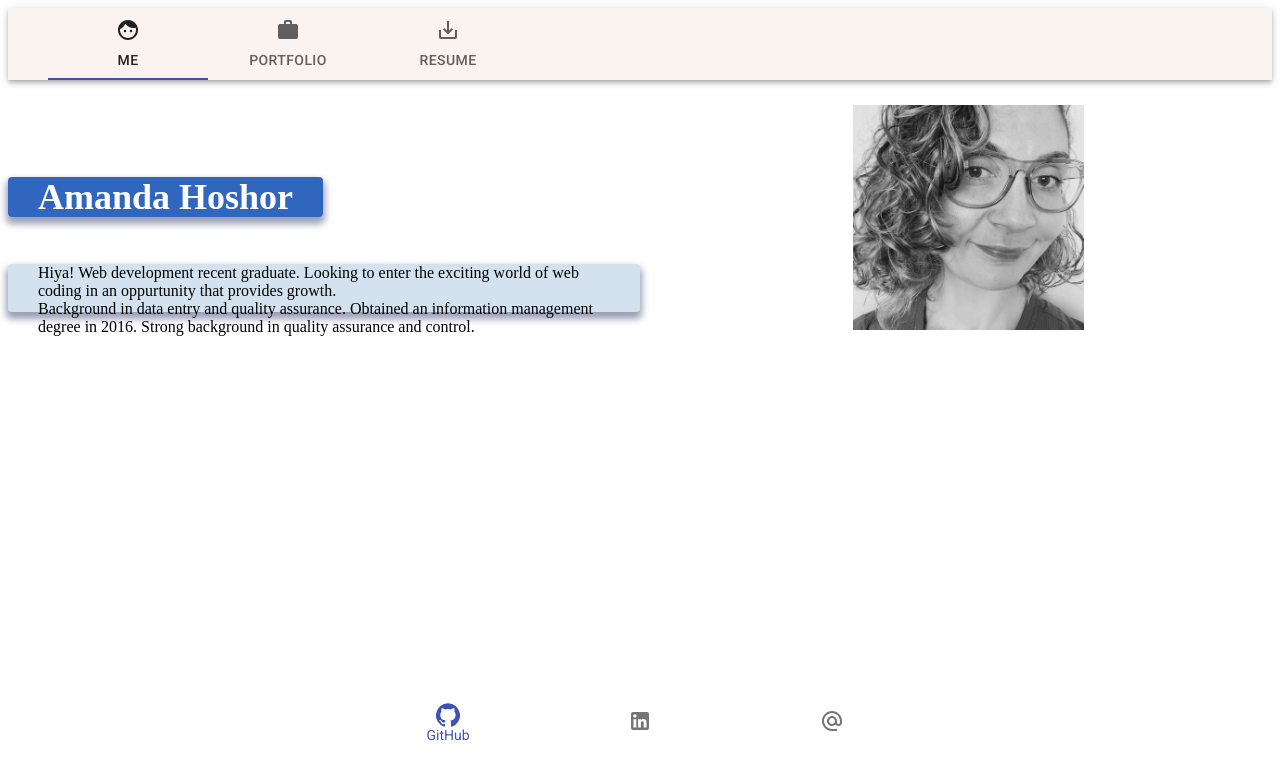
Repository: mandahos/hoshor
Page: /
An editor plug-in stored every save of this project. The page is shown before and after the next save, followed by the edit.
The browser window is 1280 px wide. The pictures show the whole page.
The project was rebuilt for these pictures with package versions that can differ from the ones it lists, and the page was loaded fresh each time. Also part of the build but not shown: src/components/Portfolio/index.js, src/components/Resume/index.js. Imported but missing from the stored project, and not drawn on this page: src/assets/resume/Amanda_Hoshor_Resume.PDF, src/assets/resume/Resume_Hoshor (1).pdf.

Above is the page before, as saved 2021-08-22 09:06:38.

### public/index.html
<!DOCTYPE html>
<html lang="en">
  <head>
    <meta charset="utf-8" />
    <link rel="icon" href="%PUBLIC_URL%/favicon.ico" />
    <meta name="viewport" content="width=device-width, initial-scale=1" />
    <meta name="theme-color" content="#000000" />
    <meta
      name="description"
      content="Web site created using create-react-app"
    />
    <link rel="apple-touch-icon" href="%PUBLIC_URL%/logo192.png" />
    <link rel="stylesheet" href="https://fonts.googleapis.com/css?family=Roboto:300,400,500,700&display=swap" />

    <!--
      manifest.json provides metadata used when your web app is installed on a
      user's mobile device or desktop. See https://developers.google.com/web/fundamentals/web-app-manifest/
    -->

    <link rel="stylesheet" href="https://fonts.googleapis.com/icon?family=Material+Icons" />
    <link rel="manifest" href="%PUBLIC_URL%/manifest.json" />
    <!--
      Notice the use of %PUBLIC_URL% in the tags above.
      It will be replaced with the URL of the `public` folder during the build.
      Only files inside the `public` folder can be referenced from the HTML.

      Unlike "/favicon.ico" or "favicon.ico", "%PUBLIC_URL%/favicon.ico" will
      work correctly both with client-side routing and a non-root public URL.
      Learn how to configure a non-root public URL by running `npm run build`.
    -->
    <title>Hoshor</title>
  </head>
  <body>
    <noscript>You need to enable JavaScript to run this app.</noscript>
    <div id="root"></div>
    <!--
      This HTML file is a template.
      If you open it directly in the browser, you will see an empty page.

      You can add webfonts, meta tags, or analytics to this file.
      The build step will place the bundled scripts into the <body> tag.

      To begin the development, run `npm start` or `yarn start`.
      To create a production bundle, use `npm run build` or `yarn build`.
    -->
  </body>
</html>

### src/index.js
import React from 'react';
import ReactDOM from 'react-dom';
import './css/styles.css';
import App from './App';

ReactDOM.render(
  <React.StrictMode>
    <App />

  </React.StrictMode>,
  document.getElementById('root')
);

// If you want to start measuring performance in your app, pass a function
// to log results (for example: reportWebVitals(console.log))
// or send to an analytics endpoint. Learn more: https://bit.ly/CRA-vitals

### src/css/styles.css
.App {
  font-family: Arial, Helvetica, sans-serif;
  text-align: center;
  background-color: #7A6174;
  color: white
}
h1 {
  font-size: 48px;

}
h2 {
  font-size: 14px
}
.About {
  font-family: Cambria, Cochin, Georgia, Times, 'Times New Roman', serif
}
h3 {
  text-align: left;
}

p {
  text-align: left;
}

### src/App.js
import React, { useState } from "react";
import "./css/styles.css";
import  Navigation from "./components/Navigation";
import  Footer  from "./components/Footer";
import { makeStyles } from '@material-ui/core/styles';


// import background from "./assets/images/plug.png"


export default function App() {

  return (
    <div >
      <Navigation />



        <Footer />
    </div>
  )
}

### src/components/Navigation/index.js
import React from 'react';
import PropTypes from 'prop-types';
import { makeStyles } from '@material-ui/core/styles';
import AppBar from '@material-ui/core/AppBar';
import Tabs from '@material-ui/core/Tabs';
import Tab from '@material-ui/core/Tab';

import FaceIcon from '@material-ui/icons/Face';
import WorkIcon from '@material-ui/icons/Work';
import SaveAltIcon from '@material-ui/icons/SaveAlt';

import Typography from '@material-ui/core/Typography';
import Box from '@material-ui/core/Box';

import Me from '../Me/index'
import Portfolio from '../Portfolio/index'
import Resume from '../Resume/index'

function TabPanel(props) {
  const { children, value, index, ...other } = props;

  return (
    <div
      role="tabpanel"
      hidden={value !== index}
      id={`scrollable-force-tabpanel-${index}`}
      aria-labelledby={`scrollable-force-tab-${index}`}
      {...other}
    >
      {value === index && (
        <Box p={3}>
          <Typography>{children}</Typography>
        </Box>
      )}
    </div>
  );
}

TabPanel.propTypes = {
  children: PropTypes.node,
  index: PropTypes.any.isRequired,
  value: PropTypes.any.isRequired,
};

function a11yProps(index) {
  return {
    id: `scrollable-force-tab-${index}`,
    'aria-controls': `scrollable-force-tabpanel-${index}`,
  };
}

const useStyles = makeStyles((theme) => ({
  root: {
    flexGrow: 1,
    width: '100%',
    backgroundColor: '#f8edeb',
  },
  navBar:{
    backgroundColor: '#FAF3F0',

    textColor: "#2C2628"
  }
}));

export default function ScrollableTabsButtonForce() {
  const classes = useStyles();
  const [value, setValue] = React.useState(0);

  const handleChange = (event, newValue) => {
    setValue(newValue);
  };


  return (
    <>
      <div >
        <AppBar position="static" color="default">
          <Tabs
            value={value}
            onChange={handleChange}
            className= {classes.navBar}
            variant="scrollable"
            scrollButtons="on"
            indicatorColor="primary"
            // textColor="primary"
            aria-label="scrollable force tabs example"
          >

            <Tab label="Me" icon={<FaceIcon />} {...a11yProps(0)} />
            <Tab label="Portfolio" icon={<WorkIcon />} {...a11yProps(1)} />
            <Tab label="Resume" icon={<SaveAltIcon />} {...a11yProps(2)} />
          </Tabs>
        </AppBar>


        {value === 0 && <Me />}
        {value === 1 && <Portfolio />}
        {value === 2 && <Resume />}

      </div>
    </>
  );
}

### src/components/Footer/index.js
import React from 'react';
import { makeStyles } from '@material-ui/core/styles';
import BottomNavigation from '@material-ui/core/BottomNavigation';
import BottomNavigationAction from '@material-ui/core/BottomNavigationAction';
import LinkedInIcon from '@material-ui/icons/LinkedIn';
import GitHubIcon from '@material-ui/icons/GitHub';
import AlternateEmailIcon from '@material-ui/icons/AlternateEmail';
import CSS from './footer.css'

const useStyles = makeStyles({
  root: {
    width: 500,


  },
});

export default function LabelBottomNavigation() {
  const footer = useStyles();
  const [value, setValue] = React.useState('recents');

  const handleChange = (event, newValue) => {
    setValue(newValue);
  };

  return (
    <BottomNavigation value={value} onChange={handleChange} className={footer}>
      <BottomNavigationAction a href="https://github.com/mandahos" label="GitHub" value="recents" icon={<GitHubIcon />} />
      <BottomNavigationAction a href="https://www.linkedin.com/in/amanda-hoshor/" label="LinkedIn" value="favorites" icon={<LinkedInIcon />} />
      <BottomNavigationAction a href="mailto:hoshor.manda@gmail.com" label="Email" value="nearby" icon={<AlternateEmailIcon />} />

    </BottomNavigation>
  );
}

### src/components/Me/index.js
import React from 'react';
import {
  Container,
  Stack,
  Flex,
  Box,
  Heading,
  Text,
  Image

} from '@chakra-ui/react';
import { makeStyles } from '@material-ui/core/styles';


import picture from '../../assets/images/portfolio.jpg'

const useStyles = makeStyles({
  header: {
    background: '#3066BE',
    border: 0,
    borderRadius: 4,
    boxShadow: '0 5px 7px 2px #9b9fb5',
    color: 'white',
    height: 48,
    padding: '0 30px',

  },
  textBox: {
    background: '#D3E2EE',
    border: 0,
    borderRadius: 4,
    boxShadow: '0 5px 7px 2px #9b9fb5',
    height: 48,
    padding: '0 30px',
  }

});

const Me = () => {
  const classes = useStyles();
  return (

    <Container maxW={'7xl'} >
      <Stack
        align={'center'}
        spacing={{ base: 8, md: 10 }}
        py={{ base: 20, md: 28 }}
        direction={{ base: 'column', md: 'row' }}
        >

        <Stack flex={1} spacing={{ base: 5, md: 10 }}>
          <Heading
            lineHeight={1.1}
            fontWeight={800}
            fontSize={36}

            >
            <Text
              as={'span'}
              position={'relative'}
              _after={{
                content: "''",
                width: 'full',
                height: '80%',
                position: 'absolute',
                bottom: 1,
                left: 0,
                bg: 'red.400',
                zIndex: -1,


              }}
              className={classes.header}>
              Amanda Hoshor
            </Text>
            <br />

          </Heading>
          <Text color={'black.500'} className={classes.textBox}>
            Hiya! Web development recent graduate. Looking to enter the exciting world of web coding in an oppurtunity that provides growth.
            <br/>
            Background in data entry and quality assurance. Obtained an information management degree in 2016. Strong background in quality assurance and control.
          </Text>
          <Stack
            spacing={{ base: 4, sm: 6 }}
            direction={{ base: 'column', sm: 'row' }}>

          </Stack>
        </Stack>
        <Flex
          flex={1}
          justify={'center'}
          align={'center'}
          position={'relative'}
          w={'full'}>

          <Box
            position={'relative'}
            height={'300px'}
            rounded={'2xl'}
            boxShadow={'2xl'}
            width={'full'}
            overflow={'hidden'}>

            <Image
              alt={'Me'}
              fit={'cover'}
              align={'center'}
              padding={'25px'}
              w={'100%'}
              h={'75%'}
              src={
                picture
              }

            />
          </Box>
        </Flex>
      </Stack>
    </Container>
  );
}

export default Me;

### src/components/Footer/footer.css
.root {
    display: block;
    margin-left: auto;
    margin-right: auto;
    margin-top: 25%;
    justify-content: center;
    position: relative;
    bottom: 0;

}

After the next save:
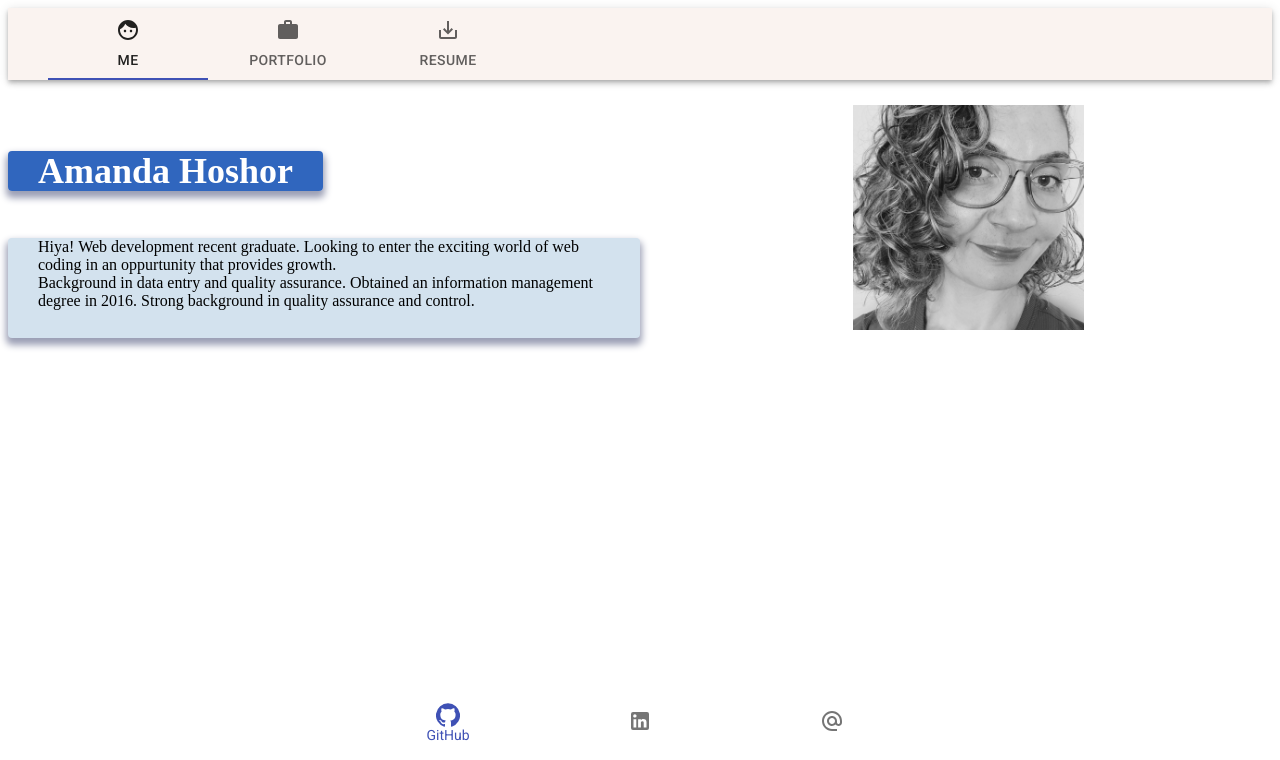
Saved 16 s later.
--- a/src/components/Me/index.js
+++ b/src/components/Me/index.js
@@ -30,7 +30,7 @@ const useStyles = makeStyles({
     border: 0,
     borderRadius: 4,
     boxShadow: '0 5px 7px 2px #9b9fb5',
-    height: 48,
+    height: 100,
     padding: '0 30px',
   }
 
